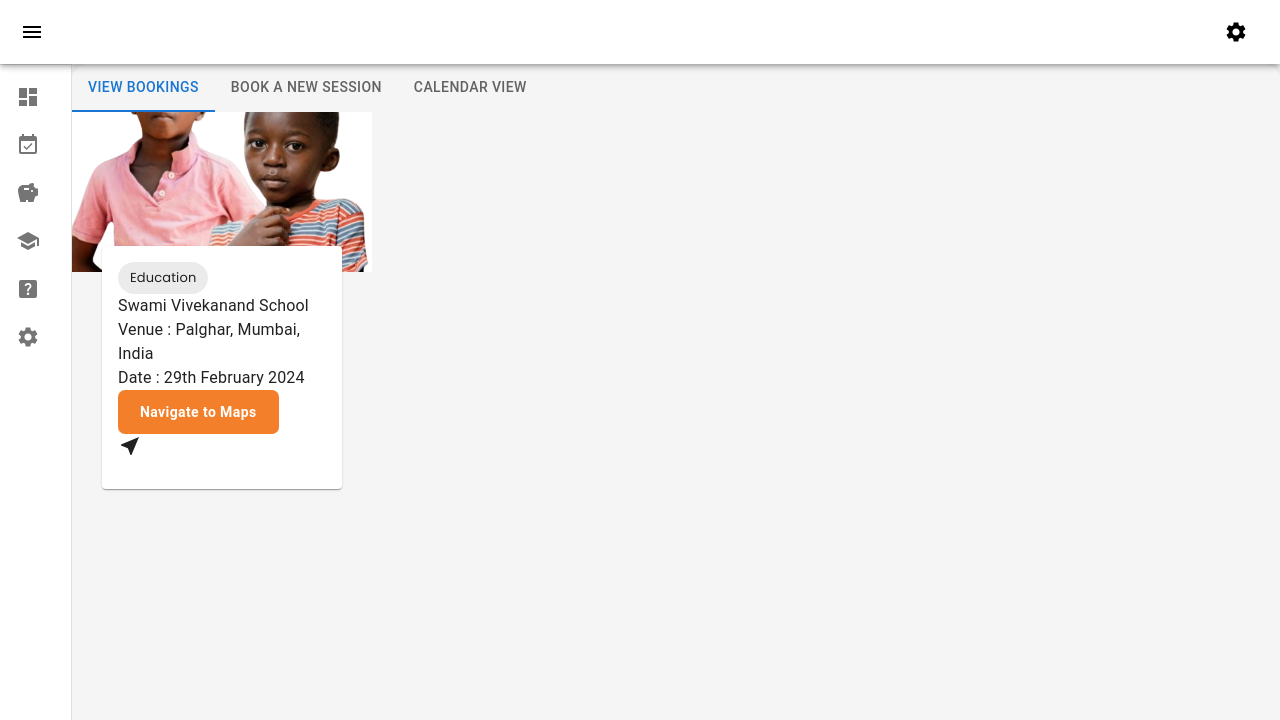
Repository: shubhampirate/Google_Solutions_Edural
Page: /bookings
An editor plug-in stored every save of this project. The page is shown before and after the next save, followed by the edit.
The browser window is 1280 px wide. The pictures show the whole page.
An inner scrolling area shows only its first screen. The project was rebuilt for these pictures with package versions that can differ from the ones it lists, and the page was loaded fresh each time. Some packages were replaced by stand-ins written for this rebuild. Also part of the build but not shown: src/Components/Navbar.jsx, src/Components/Footer.jsx, src/Components/CongratsCard.jsx, src/pages/Hero/Hero.jsx, src/pages/Dashboard/Dashboard.jsx, src/pages/Sign_in.jsx, src/pages/Bookings/LicenseCard.jsx.

Above is the page before, as saved 2024-02-04 18:06:01.

After the next save:
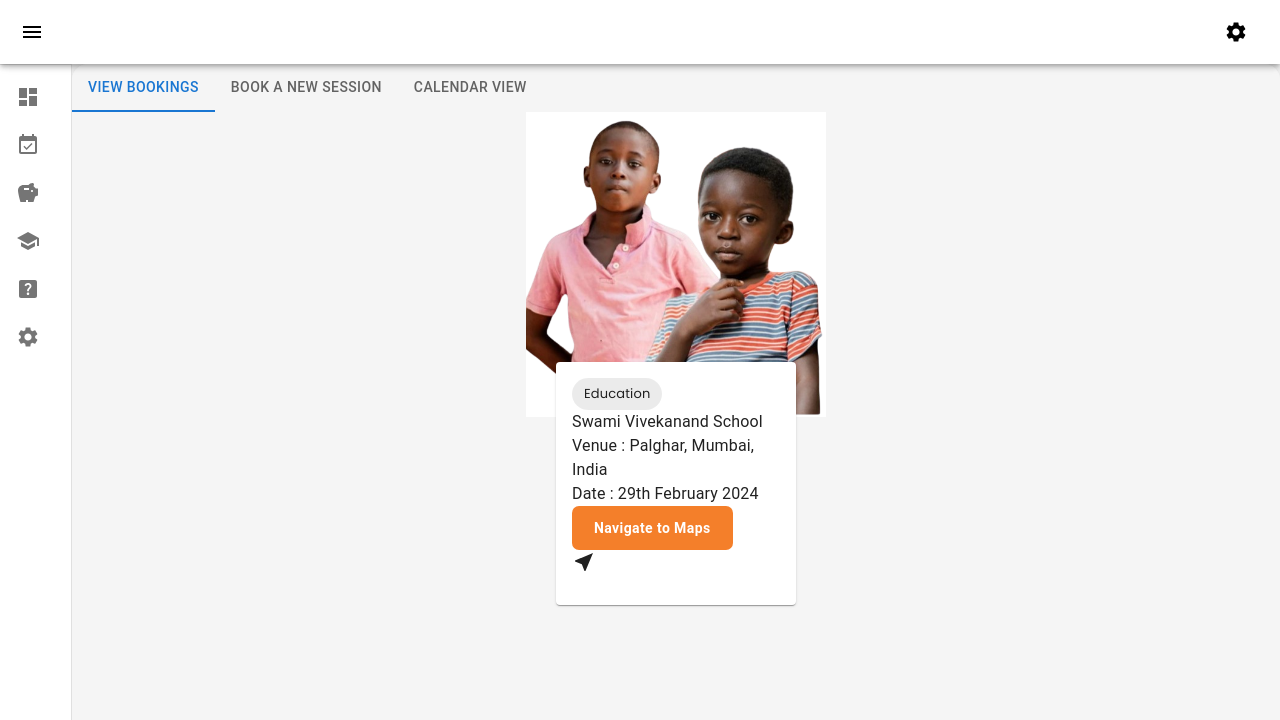
Saved 15 s later.
--- a/src/pages/Bookings/bookings.jsx
+++ b/src/pages/Bookings/bookings.jsx
@@ -100,13 +100,13 @@ export default function Booking() {
           </Tabs>
 
           {tabValue === 0 && (
-             <Box position="absolute" maxWidth="300px" marginBottom="2rem">
+             <Box position="relative" maxWidth="300px" margin="auto" marginBottom="2rem">
              <img
                src={heroImg}
                alt="card-background"
                style={{
-                 width: '300px',
-                 height: '10rem',
+                 width: '100%',
+                 height: '50%',
                  objectFit: 'cover',
                }}
              />
